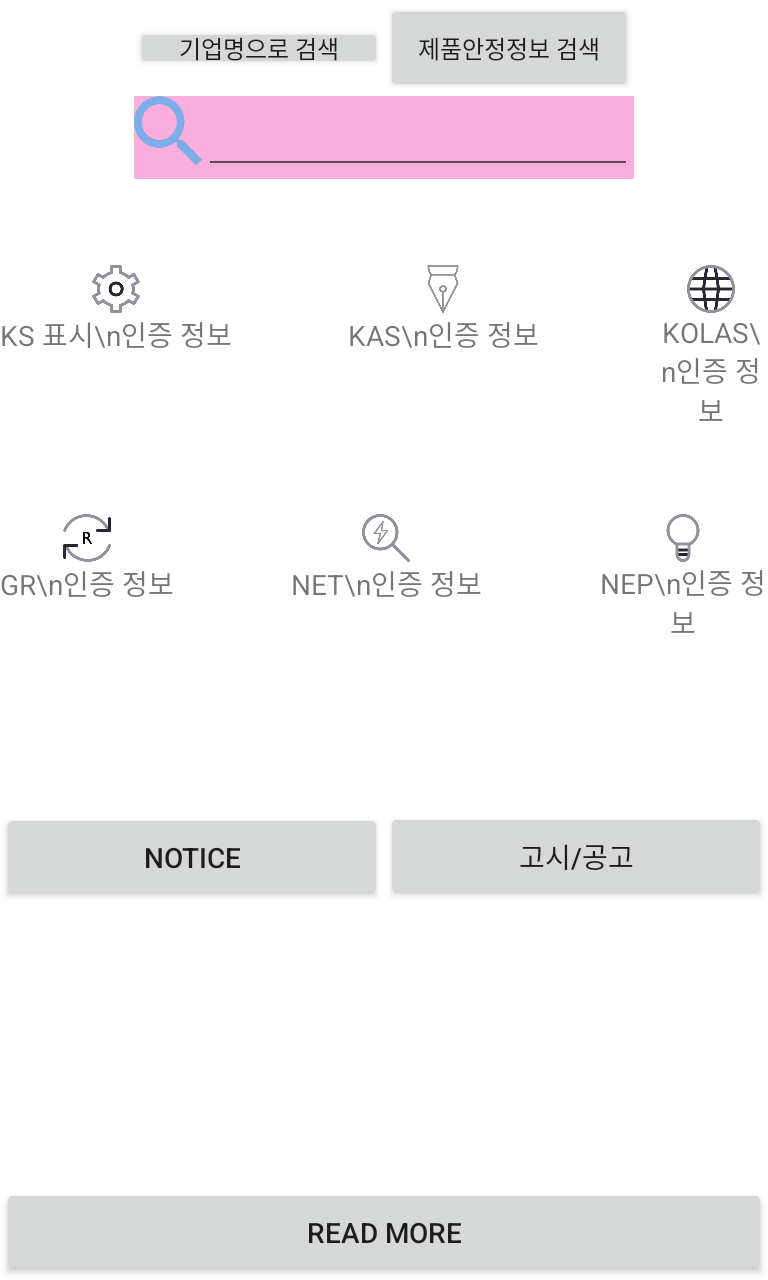
Repository: team-peony/ccfinder
Layout: android/CertifiedCompanyFinder/res/layout/fragment_main.xml
An editor plug-in stored every save of this project. The layout is shown before and after the next save, followed by the edit.
It is drawn on a 768 x 1280 px phone screen (xhdpi) without system bars, with theme AppTheme; the app's code is not run. Lists and similar views that code fills are empty.

Above is the layout before, as saved 2015-02-18 17:17:33.

After the next save:
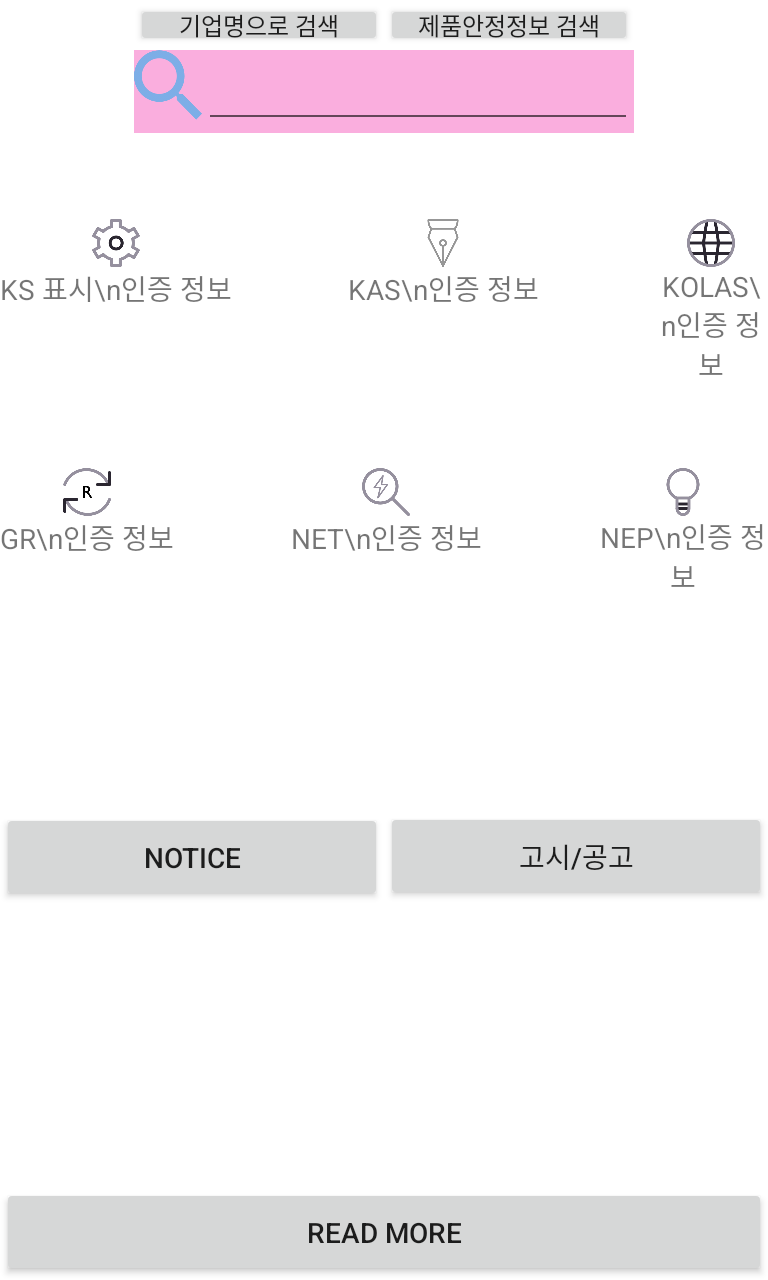
Saved 11 s later.
--- a/android/CertifiedCompanyFinder/res/layout/fragment_main.xml
+++ b/android/CertifiedCompanyFinder/res/layout/fragment_main.xml
@@ -29,7 +29,7 @@
             <Button
                 android:id="@+id/main_btnSafety"
                 android:layout_width="0dp"
-                android:layout_height="wrap_content"
+                android:layout_height="25dp"
                 android:layout_weight="1"
                 android:padding="0dp"
                 android:textSize="12sp"
